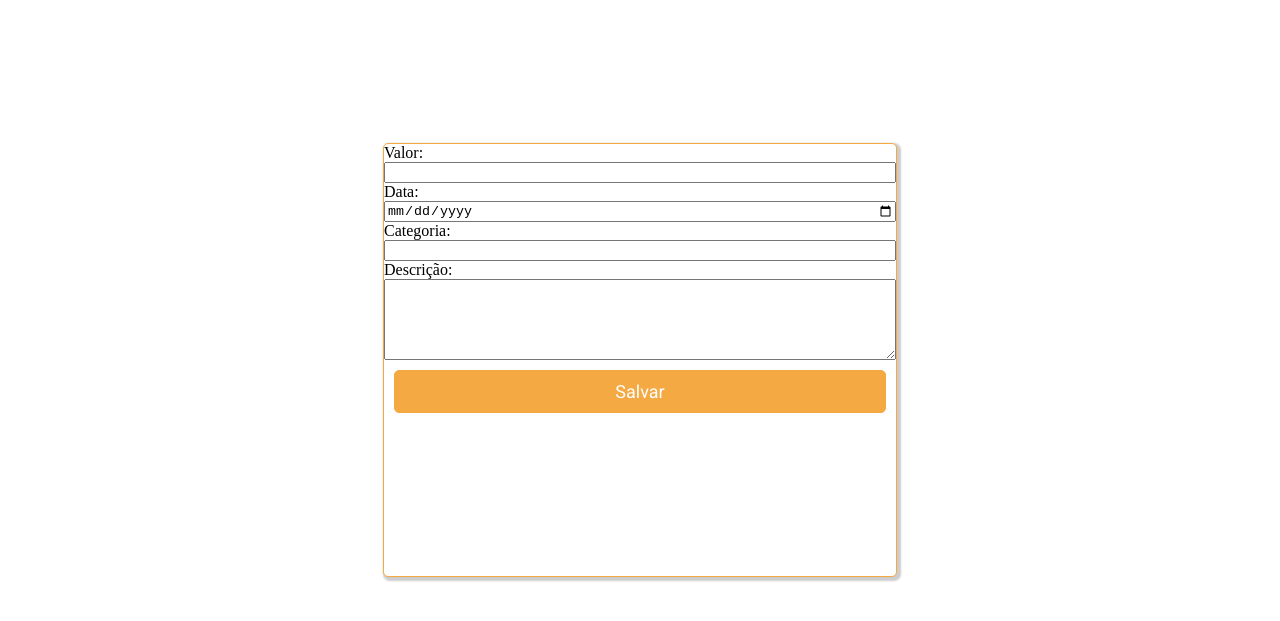
Repository: alexsanderkafka/java-servlets
Page: http://localhost/SaveMoney/cadastrarDespesa.jsp
The author's editor kept a copy of each file at every save. The page is drawn from the files as they stood at one save, then again after the next save.
The browser window is 1280 px wide. The pictures show the whole page.
The page is served by Tomcat 9. Nobody is signed in. The application's start-up code is not run. Other server files are loaded and not shown.

Above is the page before, as saved 2024-10-03 12:39:20.

### SaveMoney/src/main/webapp/cadastrarDespesa.jsp
<%@ page language="java" contentType="text/html; charset=UTF-8"
    pageEncoding="UTF-8"%>
<!DOCTYPE html>
<html>
<head>
	<meta charset="UTF-8">
	<title>Insert title here</title>
	<link rel="stylesheet" href="styles/style.css">
</head>
<body>

	<div class="container-initial">
        <div class="box-register">
        	<label>Valor: </label>
        	<input type="number">
        	<label>Data: </label>
        	<input type="date">
        	<label>Categoria: </label>
        	<input type="text">
        	<label>Descrição: </label>
        	<textarea rows="5" cols="2"></textarea>
        	<button class="button-page-index">Salvar</button>
        </div>
    </div>

</body>
</html>

### SaveMoney/src/main/webapp/styles/style.css
@import url('https://fonts.googleapis.com/css2?family=Roboto:ital,wght@0,100;0,300;0,400;0,500;0,700;0,900;1,100;1,300;1,400;1,500;1,700;1,900&display=swap');

html, body, div, span, applet, object, iframe,
h1, h2, h3, h4, h5, h6, p, blockquote, pre,
a, abbr, acronym, address, big, cite, code,
del, dfn, em, img, ins, kbd, q, s, samp,
small, strike, strong, sub, sup, tt, var,
b, u, i, center,
dl, dt, dd, ol, ul, li,
fieldset, form, label, legend,
table, caption, tbody, tfoot, thead, tr, th, td,
article, aside, canvas, details, embed,
figure, figcaption, footer, header, hgroup,
menu, nav, output, ruby, section, summary,
time, mark, audio, video {
    margin: 0;
    padding: 0;
    border: 0;
    font-size: 100%;
    font: inherit;
    vertical-align: baseline;
}

/*CSS INDEX*/

.container-initial {
    width: 100vw;
    height: 100vh;
    display: flex;
    flex-direction: column;
    justify-content: center;
    align-items: center;
}

.container-initial h1{
    font-size: 64px;
    font-family: "Roboto", system-ui;
    font-weight: 600;
    text-decoration: underline;
    text-decoration-color: #F4A942;
    margin-bottom: 25px;
}

.box-menu {
    width: 300px;
    height: 300px;
    background: white;
    border: 1px solid #F4A942;
    border-radius: 5px;
    display: flex;
    flex-direction: column;
    justify-content: center;
    box-shadow: 2px 2px 2px 2px rgba(0, 0, 0, 0.2);
}


.button-page-index{
	margin: 10px;
	padding: 10px;
	border: 1px solid #F4A942;
	background: #F4A942;
	border-radius: 5px;
	color: white;
	font-weight: 400;
	font-family: "Roboto", system-ui;
	font-size: 18px;
	transition: background-color 0.5s ease;
}

.button-page-index:hover{
	background-color: #f7b64e;
}

/*CSS PAGINA CADASTRO DE DESPESA*/
.box-register {
    width: 40%;
    height: 60%;
    background: white;
    border: 1px solid #F4A942;
    border-radius: 5px;

    display: flex;
    flex-direction: column;
    /*
    justify-content: center;*/
    box-shadow: 2px 2px 2px 2px rgba(0, 0, 0, 0.2);
}

After the next save:
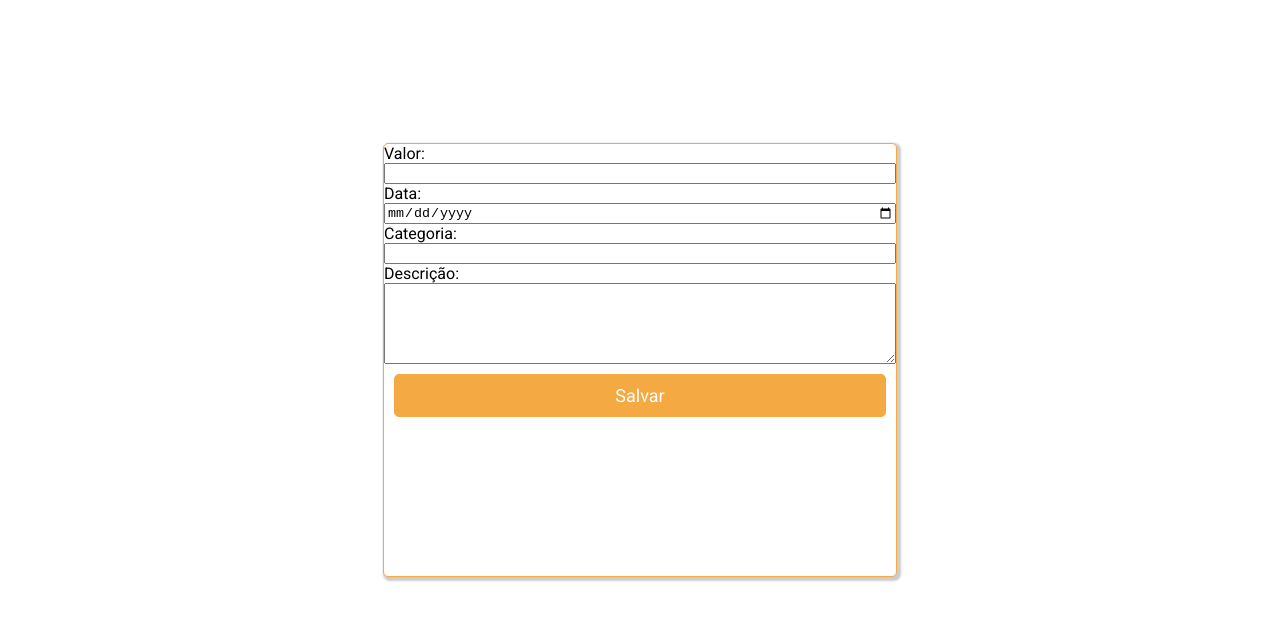
Saved 2 min 37 s later.
--- a/SaveMoney/src/main/webapp/styles/style.css
+++ b/SaveMoney/src/main/webapp/styles/style.css
@@ -72,6 +72,10 @@
 }
 
 /*CSS PAGINA CADASTRO DE DESPESA*/
+.container-initial {
+    font-family: 'Roboto', sans-serif;
+}
+
 .box-register {
     width: 40%;
     height: 60%;
